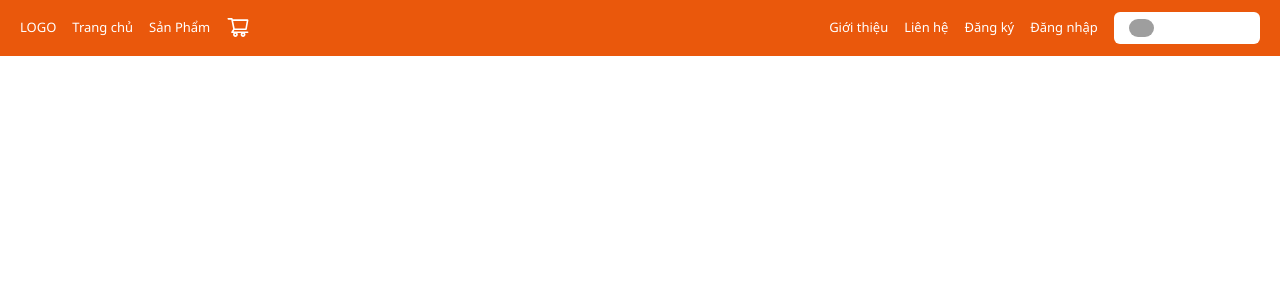
Repository: TinhTT336/MD02_Session15
Page: / (app in client/)
These files come from the project's save history. The page is drawn as it stood at one moment and after the next save; the edit follows.
The browser window is 1280 px wide. The pictures show the whole page.
Pictures or frames that could not be fetched are drawn as grey boxes. The project was rebuilt for these pictures with package versions that can differ from the ones it lists, and the page was loaded fresh each time. Also part of the build but not shown: client/vite.config.js.

Above is the page before, as saved 2023-09-15 09:34:38.

After the next save:
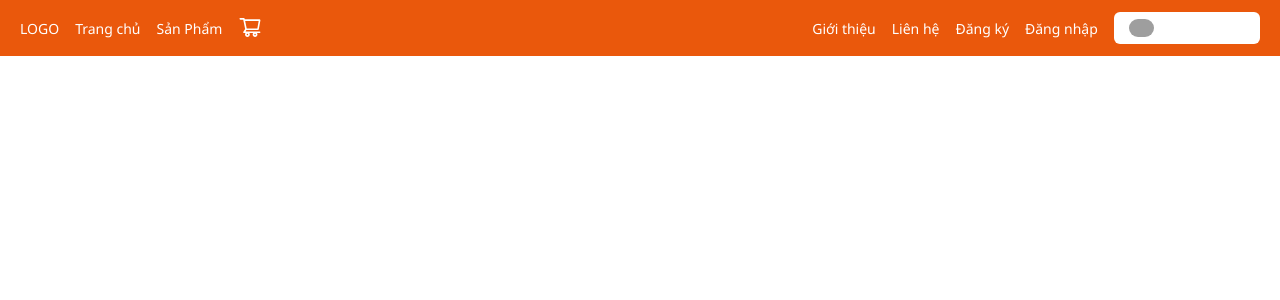
Saved 20 s later.
--- a/client/src/assets/styles/main.css
+++ b/client/src/assets/styles/main.css
@@ -23,7 +23,7 @@
 body {
   height: 100%;
   width: 100%;
-  font-size: 13px;
+  font-size: 14px;
   font-family: Notosans-regular;
   color: #000000;
   background-color: #ffffff;
